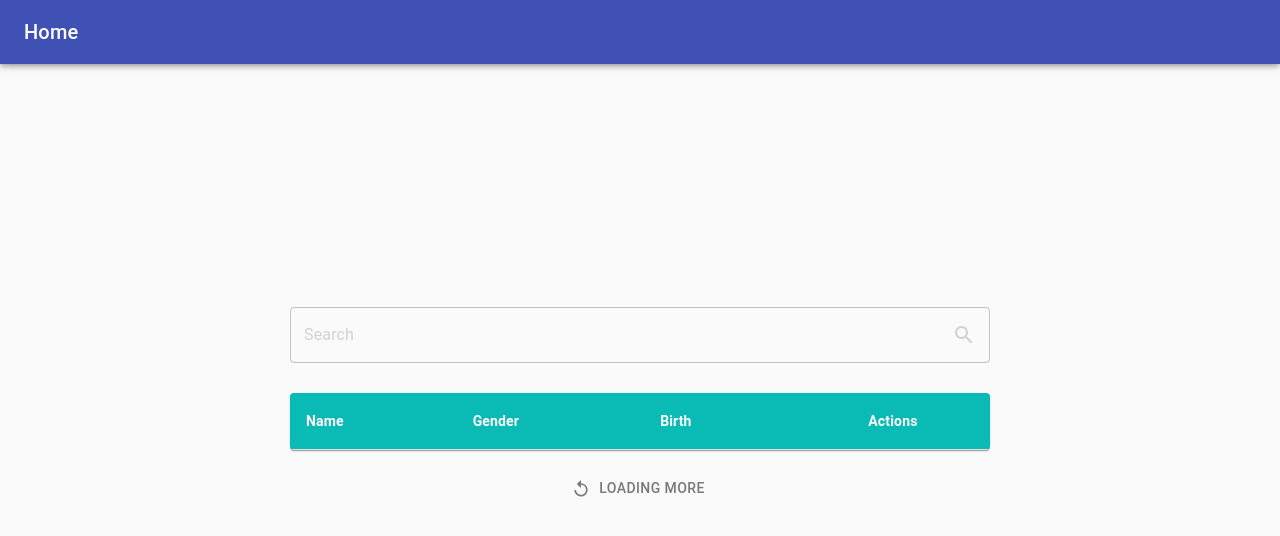
Repository: GabrielBrandaoProjetos/patient-manager
Page: /
The author's editor kept a copy of each file at every save. The page is drawn from the files as they stood at one save, then again after the next save.
The browser window is 1280 px wide. The pictures show the whole page.
The page's requests for data from a server got no answer. The project was rebuilt for these pictures with package versions that can differ from the ones it lists, and the page was loaded fresh each time. No one was signed in, and anything a server would have sent is missing. Also part of the build but not shown: src/components/Modal/PatientModal.style.ts, src/components/Modal/PatientModal.tsx.

Above is the page before, as saved 2021-09-16 23:15:26.

### public/index.html
<!DOCTYPE html>
<html lang="en">
  <head>
    <meta charset="utf-8" />
    <meta name="viewport" content="minimum-scale=1, width=device-width, initial-scale=1" />
    <meta name="theme-color" content="#000000" />

    <title>React App</title>
  </head>
  <body>
    <noscript>You need to enable JavaScript to run this app.</noscript>
    <div id="root"></div>
  </body>
</html>

### src/App.tsx
import React from 'react';
import { CssBaseline } from '@material-ui/core';
import { Home } from './pages/Home/Home';
import { TableProvider } from './contexts/TableContext';


function App() {
  return (
    <>
    <TableProvider>
      <CssBaseline />
      <Home />
    </TableProvider>
    </>
  );
}

export default App;

### src/pages/Home/Home.tsx
import React, { useRef } from 'react';
import { AppBar, Button, FormControl, InputAdornment, InputLabel, OutlinedInput, Paper, Table, TableBody, TableCell, TableContainer, TableHead, TableRow, Toolbar, Typography } from '@material-ui/core';
import {Search, ReplayRounded} from '@material-ui/icons';
import { useTableContext } from '../../contexts/TableContext';
import PatientModal, { ModalHandles} from '../../components/Modal/PatientModal';
import {BrowserRouter as Router, Route, Switch, Link} from "react-router-dom"

import { useStyles } from './Home.style';


interface Patient {
  id:{
    value: string;
  }
  login:{
    uuid: string;
  }
  name: {
    title: string;
    first: string;
    last: string;
  }
  gender: string;
  dob: {
    age: number;
  }
}

export const Home = () => {
  const classes = useStyles();

  const {patients, resultSearch, loadingMore, filterByString, handlePatientDetails} = useTableContext()
  const modalRef = useRef<ModalHandles>(null)

  function handleChange(value: string) {
    filterByString(value.trim())
  }

  function handleOpenModal(patient: Object) {
    handlePatientDetails(patient)
    modalRef.current?.openModal()
  }

  return(
    <Router>
    <div className={classes.root}>
      {/* <PatientModal ref={modalRef}/> */}
      <AppBar className={classes.header}>
        <Toolbar>
          <Typography variant="h6" className={classes.title}>
            Home
          </Typography>
        </Toolbar>
      </AppBar>

      <FormControl className={classes.form} variant="outlined">
        <InputLabel className={classes.inputLabel} htmlFor="outlined-adornment-search">Search</InputLabel>
        <OutlinedInput
          classes={{root: classes.outlinedInput}}
          id="outlined-adornment-search"
          type="search"
          onChange={(e) => handleChange(e.target.value)}
          endAdornment={
            <InputAdornment position="end">
              <Search className={classes.search}/>
            </InputAdornment>
          }
          labelWidth={70}
        />
      </FormControl>

      <TableContainer component={Paper} className={classes.tableContainer}>
        <Table aria-label="simple table">
          <TableHead>
            <TableRow className={classes.row}>
              <TableCell className={classes.cellHeader}>Name</TableCell>
              <TableCell className={classes.cellHeader}>Gender</TableCell>
              <TableCell className={classes.cellHeader}>Birth</TableCell>
              <TableCell align="center" className={classes.cellHeader}>Actions</TableCell>
            </TableRow>
          </TableHead>
          <TableBody>
            {resultSearch.length > 0 ? (
              resultSearch.map((patient: Patient) => (
                <TableRow key={patient.login.uuid} className={classes.rowBody}>
                  <TableCell component="th" className={classes.cellBody}>
                    {patient.name.title}. {patient.name.first} {patient.name.last}
                  </TableCell>
                  <TableCell className={classes.cellBody}>{patient.gender}</TableCell>
                  <TableCell className={classes.cellBody}>{patient.dob.age}</TableCell>
                  <TableCell align="center" className={classes.actions}>
                    <Button
                      variant="contained"
                      color="primary"
                      disableElevation
                      className={classes.buttonShow}
                      onClick={handleOpenModal}
                    >
                      show
                    </Button>
                  </TableCell>
                </TableRow>
              ))
            ) : (
              patients.map((patient: Patient) => (
                <TableRow key={patient.login.uuid} className={classes.rowBody}>
                  <TableCell component="th" className={classes.cellBody}>
                    {patient.name.title}. {patient.name.first} {patient.name.last}
                  </TableCell>
                  <TableCell className={classes.cellBody}>{patient.gender}</TableCell>
                  <TableCell className={classes.cellBody}>{patient.dob.age}</TableCell>
                  <TableCell align="center" className={classes.actions}>
                    <Link to={patient?.id?.value}>
                      <Button
                        variant="contained"
                        color="primary"
                        disableElevation
                        className={classes.buttonShow}
                        onClick={() => handleOpenModal(patient)}
                      >
                        show
                      </Button>
                    </Link>
                  </TableCell>
                </TableRow>
              ))
            )}
          </TableBody>
        </Table>
      </TableContainer>

      <Button
        className={classes.buttonLoading}
        startIcon={<ReplayRounded/>}
        onClick={loadingMore}
      >
        Loading more
      </Button>
      <Switch>
        <Route path="/:id">
          <PatientModal ref={modalRef}/>
        </Route>
      </Switch>
    </div>
    </Router>
  )
}

### src/contexts/TableContext.tsx
import { createContext, useContext, useEffect, useState } from "react";
import { searchPatients } from "../services/api";

interface TableContextData{
	patients: any[]
  patientDetails: any
  resultSearch: any[]
  loadingMore: () => void
  filterByString: (value: string) => void
  handlePatientDetails: (patient: Object) => void
  getPatientByID: (id: string) => void
}

const TableContext = createContext<TableContextData>({} as TableContextData)

export const TableProvider: React.FC = ({children}) => {
  const [patients, setPatients] = useState<any[]>([])
  const [patientDetails, setPatientDetails] = useState<any>(null)
  const [resultSearch, setResultSearch] = useState<any[]>([])
  const [page, setPage] = useState(0)

  useEffect(() => {
    handleSearchPatients()
  }, [page])

  async function handleSearchPatients() {
    const {results, info} = await searchPatients(page)
    setPatients(results)
    setPage(info.page)
  }

  async function loadingMore() {
    const {results, info} = await searchPatients(page+1)
    setPatients([...patients, ...results])
    setPage(info.page)
  }

  function filterByString(value: string) {
    const newList = patients.filter((patient) => {
      const name = patient.name.first
      if(name.includes(value, 0)){
        return true
      }else{
        return false
      }
    })
    setResultSearch(newList)
  }

  function handlePatientDetails(patient: Object) {
    setPatientDetails(patient)
  }

  async function getPatientByID(id: string){
    patients.forEach((patient) => {
      if(patient.id.value === id){
        setPatientDetails(patient)
      }
    })
  }

  return (
    <TableContext.Provider value={{
      patients,
      patientDetails,
      resultSearch,
      loadingMore,
      filterByString,
      handlePatientDetails,
      getPatientByID
    }}>
      {children}
    </TableContext.Provider>
  )
}

export function useTableContext(){
	const context = useContext(TableContext)
	return context
}

### src/pages/Home/Home.style.ts
import { createStyles, makeStyles, Theme } from '@material-ui/core/styles';


export const useStyles = makeStyles((theme: Theme) =>
createStyles({
  root: {
    width: '100vw',
    height: '100vh',
    display: 'flex',
    flexDirection: 'column',
    alignItems: 'center',
    justifyContent: 'center',
    padding: "0 16px"
  },
  title: {
    flexGrow: 1,
  },
  form: {
    maxWidth: 700,
    width: "100%",
    marginTop: 94,
  },
  inputLabel: {
    color: "#d2d2d2"
  },
  outlinedInput: {

  },
  search: {
    color: "#d2d2d2",
  },
  tableContainer: {
    maxWidth: 700,
    width: "100%",

    marginTop: 30,
    marginBottom: 20,
    backgroundColor: "#fafafa",
  },
  row: {
    color: "white",
    background: "#0abab5",
  },
  rowBody: {
    '&:nth-of-type(odd)': {
      backgroundColor: "#f2f2f2",
    }
  },
  cellHeader: {
    color: "white",
    fontWeight: "bold",
  },
  cellBody: {
    color: "black",
  },
  actions: {
    padding: 0
  },
  buttonShow: {
    padding: "4px 16px",
    textTransform: "none"
  },
  buttonLoading: {
    color: "#78797a",
  },
}),
);

### src/services/api.ts
import axios from 'axios';

const api = axios.create({
    baseURL: 'https://randomuser.me/api/',
})


export async function searchPatients(page: number){
  const response = await api.get(`?seed=test&results=50&page=${page}`)
  return response.data
}

Loaded but not shown: src/index.tsx (common file); src/reportWebVitals.ts (common file)

After the next save:
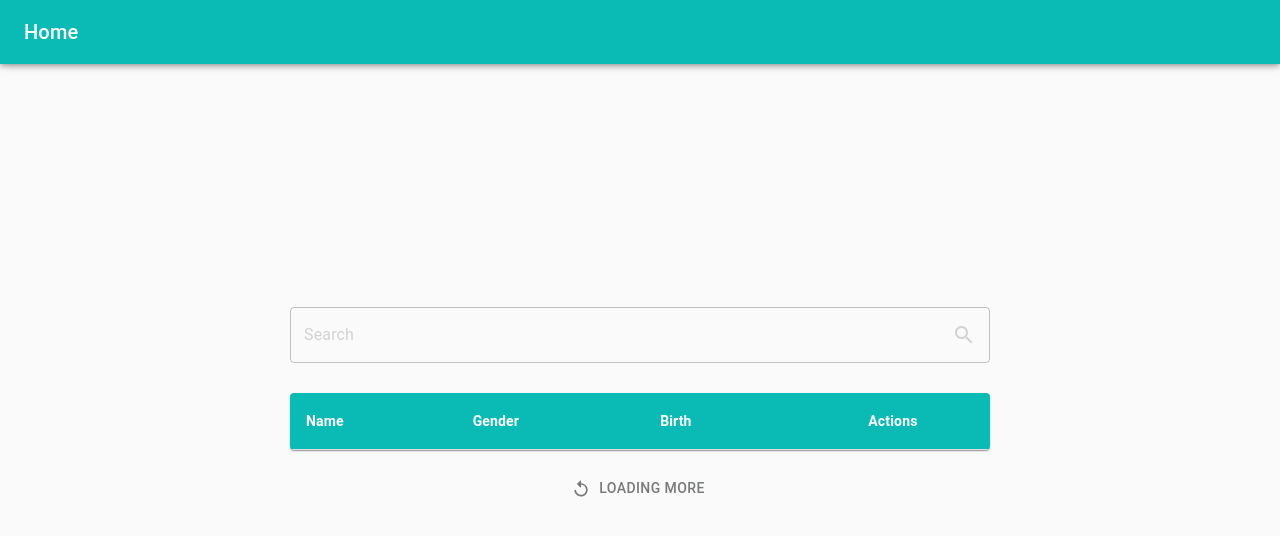
Saved 68 s later.
--- a/src/pages/Home/Home.style.ts
+++ b/src/pages/Home/Home.style.ts
@@ -11,6 +11,9 @@ createStyles({
     alignItems: 'center',
     justifyContent: 'center',
     padding: "0 16px"
+  },
+  header: {
+    backgroundColor: "#0abab5"
   },
   title: {
     flexGrow: 1,
